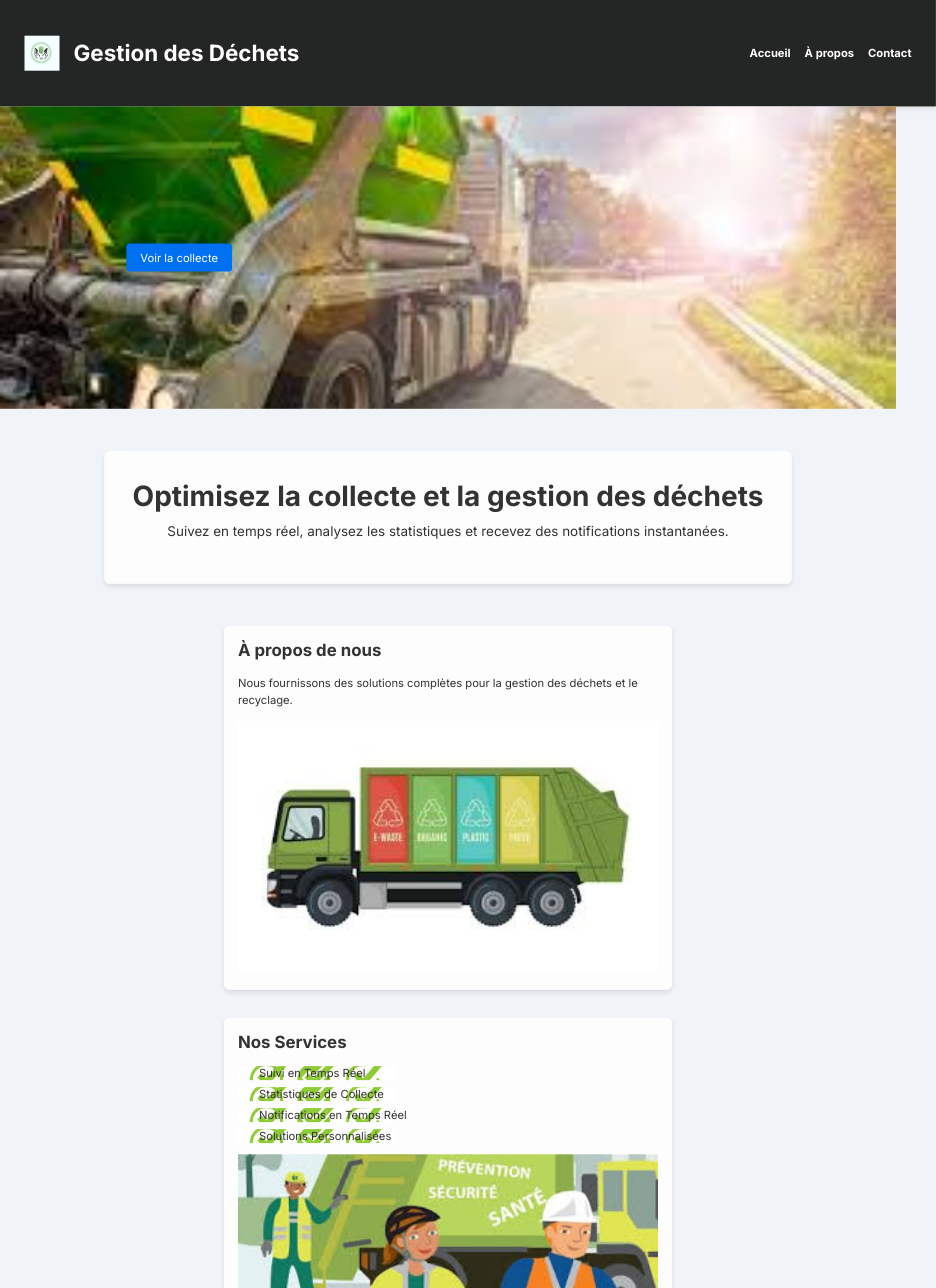
Repository: SystemInfoGeo/QGISproject
Page: / (app in NEXT/)
An editor plug-in stored every save of this project. The page is shown before and after the next save, followed by the edit.
The browser window is 1280 px wide. The page is 1337 px wide, then 1320 px, so the pictures cover 1337 px, including what lies to the right of the window. The pictures show the part of the page from y = 0 to 1840 px (the page is 2753 px tall), at 70% of full size.
The project was rebuilt for these pictures with package versions that can differ from the ones it lists, and the page was loaded fresh each time. The framework's server and built-in components were replaced by stand-ins that run in the browser. Also part of the build but not shown: NEXT/next.config.mjs.

Above is the page before, as saved 2024-06-21 17:31:32.

After the next save:
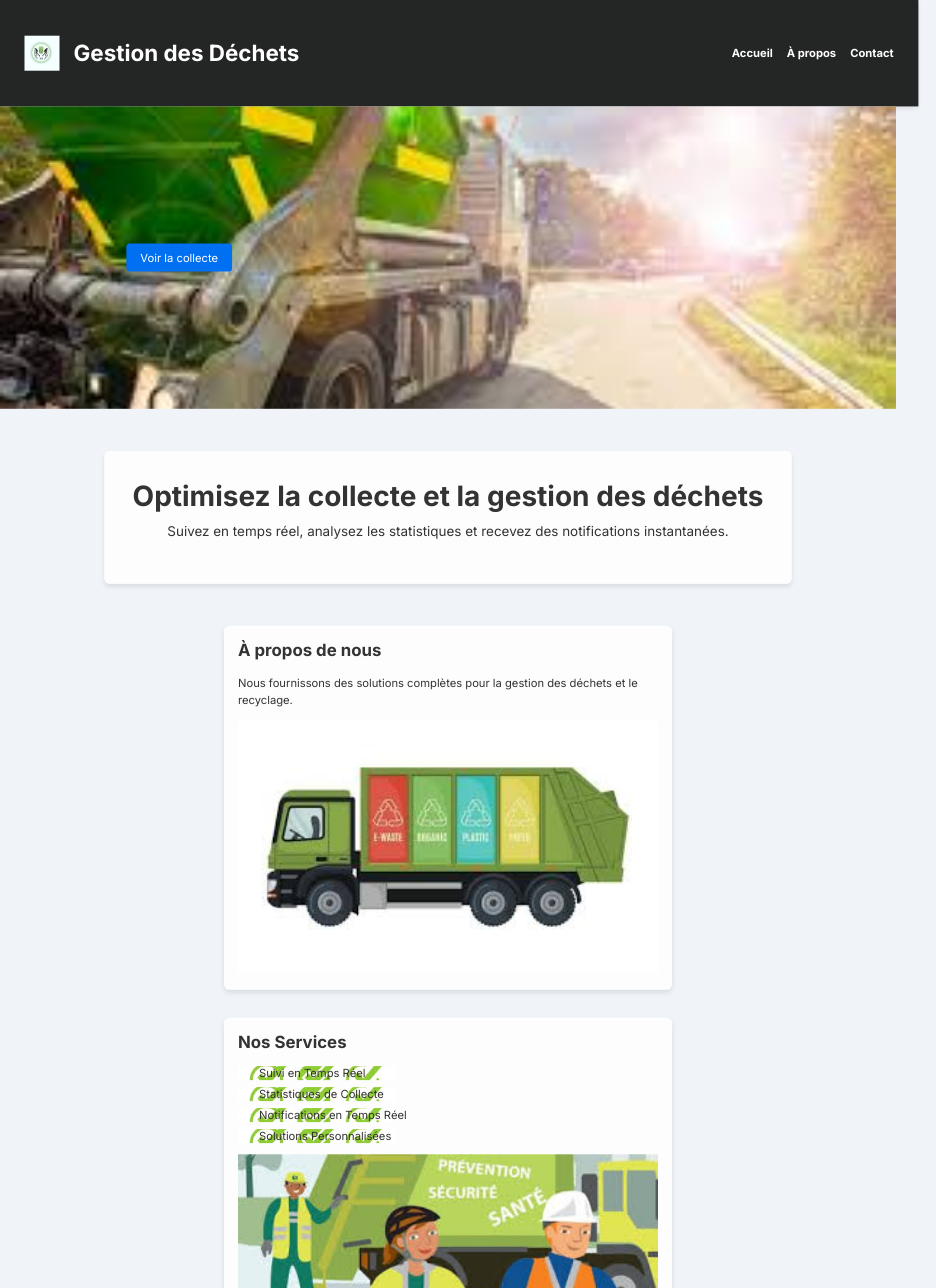
Saved 48 s later.
--- a/NEXT/app/page.module.css
+++ b/NEXT/app/page.module.css
@@ -16,7 +16,7 @@
   padding: 35px;
   background-color: rgba(0, 0, 0, 0.85);
   color: white;
-  width: 99%;
+  width: 97%;
   box-shadow: 0 4px 8px rgba(0, 0, 0, 0.1);
   backdrop-filter: blur(5px);
 }
